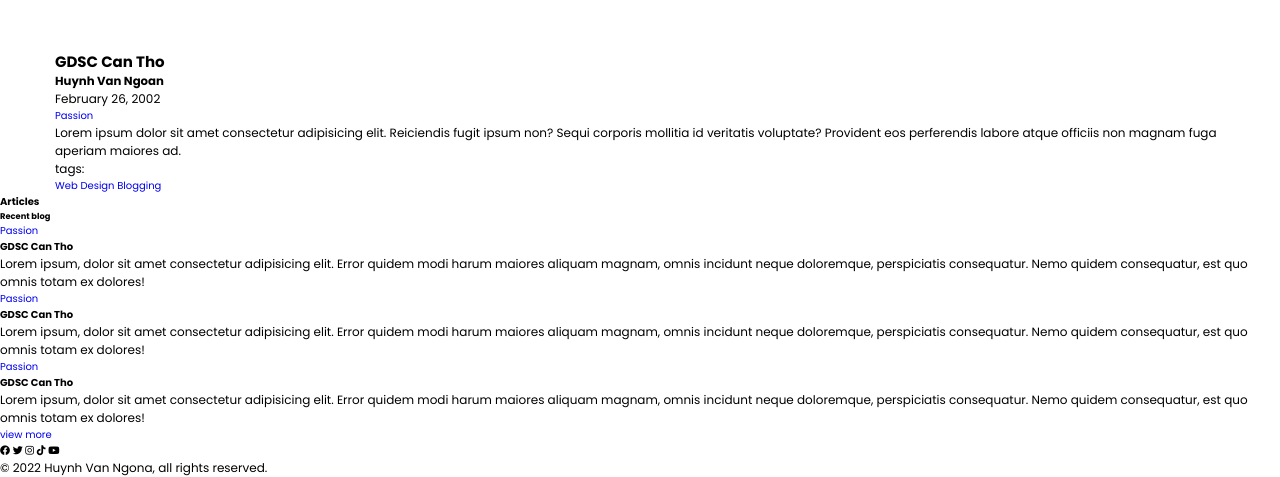
Repository: huynhvanngoan/TaskTeam5
Page: BlogPost/HTML/index.html
An editor plug-in stored every save of this project. The page is shown before and after a run of saves, followed by the edit.
The browser window is 1280 px wide. The pictures show the part of the page from y = 650 to 1187 px (the page is 1127 px tall before and 1187 px after).
Pictures or frames that could not be fetched are drawn as grey boxes.

Above is the page before, as saved 2022-10-17 00:23:33.

After the next 3 saves:
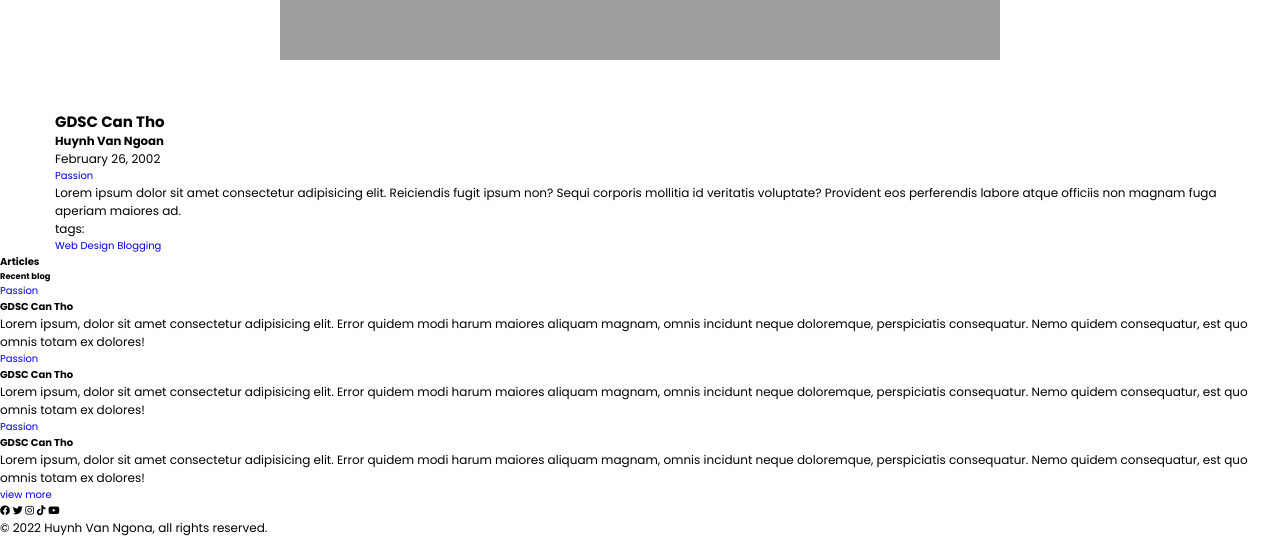
The 3 saves are shown as one change because they came seconds apart.
The last was saved 12 s later.
--- a/BlogPost/CSS/style.css
+++ b/BlogPost/CSS/style.css
@@ -71,7 +71,7 @@
 }
 .hero{
     max-width: 100vh;
-    height: 60rem;
+    height: 66rem;
     background: url(../Images/Background.JPG) no-repeat center center / cover;
     margin: 5rem auto;
 }
